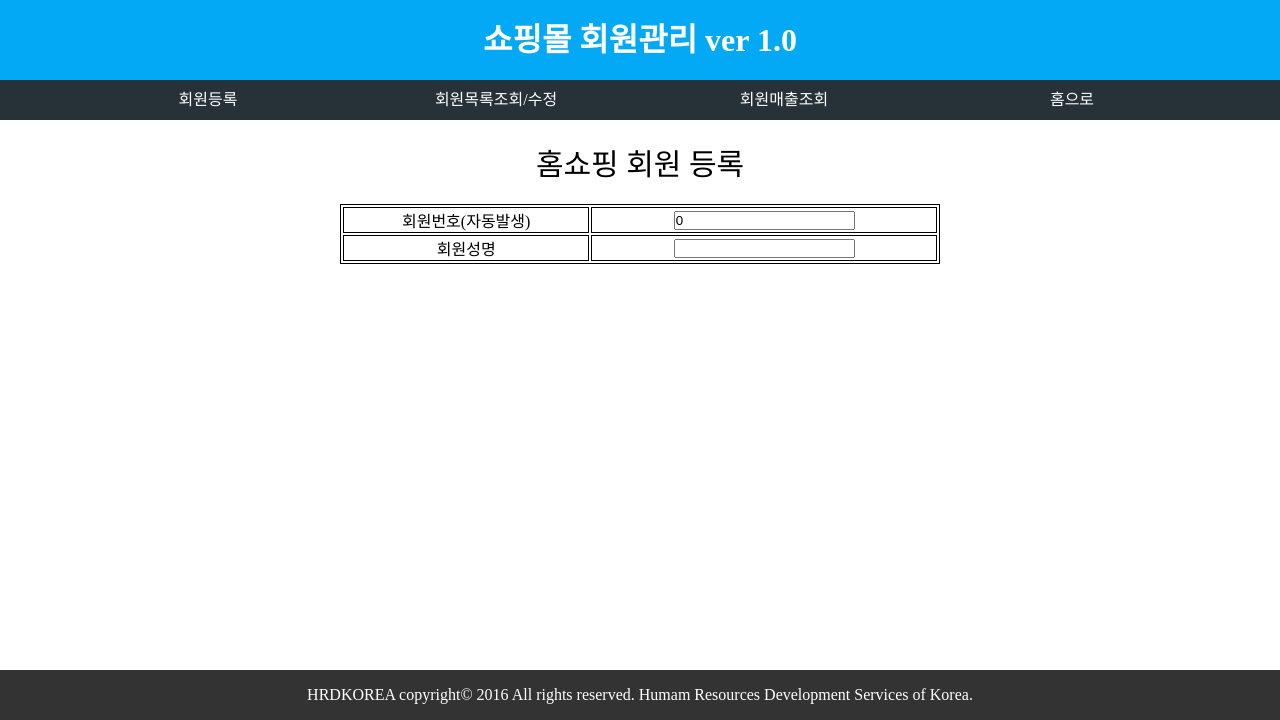
Repository: choiyuhee0722/two-crud
Page: http://localhost/HRD_000_1/view/memberInput.jsp
These files come from the project's save history. The page is drawn as it stood at one moment and after the next save; the edit follows.
The browser window is 1280 px wide. The pictures show the whole page.
The page is served by Tomcat 9. Other server files are loaded and not shown. Queries for data that is not in the repository find no rows.

Above is the page before, as saved 2024-03-28 10:38:55.

### HRD_000_1/src/main/webapp/view/memberInput.jsp
<%@ page language="java" contentType="text/html; charset=UTF-8"
    pageEncoding="UTF-8"%>
<%@ page import="dao.MemberDao"%>

<jsp:include page="../master/header.jsp"/>
<%
		MemberDao dao = new MemberDao();
	int custno = dao.getMaxCustNo();
%>
<section>
	<div class="container">
		<p class="title">홈쇼핑 회원 등록</p>
		<form action="memberInputProc.jsp" method="post" name="frm">
			<table width="600px">
			<tr>
					<td>회원번호(자동발생)</td>
					<td><input type="number" value="<%= custno %>" name="custno" id="custno" readonly="readonly"></td>
			</tr>
			<tr>
					<td>회원성명</td>
					<td><input type="text" id="custname" name="custname"></td>
			</tr>
			</table>
		</form>
	</div>
</section>

<jsp:include page="../master/footer.jsp"/>

### HRD_000_1/src/main/webapp/master/header.jsp
<%@ page language="java" contentType="text/html; charset=UTF-8"
    pageEncoding="UTF-8"%>
<!DOCTYPE html>
<html>
<head>
	<meta charset="UTF-8">
	<title>쇼핑몰 회원관리</title>
	<link rel="stylesheet" href="/css/style.css?after">
</head>
<body>
	<header>
		<h1>쇼핑몰 회원관리 ver 1.0</h1>
	</header>

	<nav>
		<ul>
			<li><a href="/view/memberInput.jsp">회원등록</a></li>
			<li><a href="/view/memberList.jsp">회원목록조회/수정</a></li>
			<li><a href="/view/memberMoneyList.jsp">회원매출조회</a></li>
			<li><a href="/index.jsp">홈으로</a></li>
		</ul>
	</nav>
</body>
</html>

### HRD_000_1/src/main/webapp/master/footer.jsp
<%@ page language="java" contentType="text/html; charset=UTF-8"
    pageEncoding="UTF-8"%>

<footer>
	HRDKOREA copyright&copy; 2016 All rights reserved. Humam
	Resources Development Services of Korea.
</footer>

</body>
</html>

### HRD_000_1/src/main/java/dao/MemberDao.java

package dao;

import java.sql.Connection;
import java.sql.PreparedStatement;
import java.sql.ResultSet;
import java.sql.SQLException;
import java.util.ArrayList;

import common.DBUtils;
import vo.MemberMoneyVO;
import vo.MemberVO;

public class MemberDao{
	public ArrayList<MemberVO> memberList(){

		ArrayList<MemberVO> list = new ArrayList<MemberVO>();

		Connection conn = null;
		PreparedStatement ps = null;
		ResultSet rs = null;

		try {
			conn = DBUtils.getConnection();
			ps = conn.prepareStatement("select custno, custname, phone, address, joindate, \r\n"
					+ "decode(grade,'A','VIP','B','일반','C','직원') grade,\r\n"
					+ "city \r\n"
					+ "from member_tbl_02 \r\n"
					+ "order by custno");
			rs = ps.executeQuery();

			while(rs.next()) {
					MemberVO vo = new MemberVO();
					vo.setCustno(rs.getInt("custno"));
					vo.setCustname(rs.getString("custname"));
					vo.setPhone(rs.getString("phone"));
					vo.setAddress(rs.getString("address"));
					vo.setJoindate(rs.getDate("joindate"));
					vo.setGrade(rs.getString("grade"));
					vo.setCity(rs.getString("city"));
					list.add(vo);
			}
		}catch(Exception e) {
			e.printStackTrace();
		}finally {
				DBUtils.close(conn, ps, rs);
		}

		return list;
	}

	public ArrayList<MemberMoneyVO> memberMoneyList(){
		ArrayList<MemberMoneyVO> list = new ArrayList<MemberMoneyVO>();

		Connection conn = null;
		PreparedStatement ps = null;
		ResultSet rs = null;

		try {
			conn = DBUtils.getConnection();
			ps = conn.prepareStatement("select A.custno, A.custname, decode(grade,'A','VIP','B','일반','C','직원') grade, sum(B.price) price\r\n"
					+ "from MEMBER_TBL_02 A, MONEY_TBL_02 B \r\n"
					+ "where A.custno = B.custno\r\n"
					+ "group by A.custno, A.custname, A.grade\r\n"
					+ "order by price desc");
			rs = ps.executeQuery();

			while(rs.next()) {
					MemberMoneyVO vo = new MemberMoneyVO();
					vo.setCustno(rs.getInt("custno"));
					vo.setCustname(rs.getString("custname"));
					vo.setGrade(rs.getString("grade"));
					vo.setPrice(rs.getInt("price"));
					list.add(vo);
			}
		}catch(Exception e) {
				e.printStackTrace();
		}finally {
			DBUtils.close(conn, ps, rs);

		}
		return list;
	}

	public int getMaxCustNo() {
		Connection conn = null;
		PreparedStatement ps = null;
		ResultSet rs = null;
		int custno = 0;

		try {
			 conn = DBUtils.getConnection();
			 ps = conn.prepareStatement("select max(custno)+1 custno\r\n"
			 		+ "from MEMBER_TBL_02");

			 rs = ps.executeQuery();
			 while(rs.next()) {
					custno = rs.getInt("custno");
			}
		}catch(Exception e) {
				e.printStackTrace();
		}finally {
			DBUtils.close(conn, ps, rs);
		}
		return custno;
	}
	public int memberInsert(MemberVO member) throws SQLException{
		Connection conn = null;
		PreparedStatement ps = null;
		int n = 0;
		try {
			conn = DBUtils.getConnection();
			ps = conn.prepareStatement("insert into member_tbl_02 values(?,?,?,?,?,?,?)");

			ps.setInt(1, member.getCustno());
			ps.setString(2, member.getCustname());
			ps.setString(3, member.getPhone());
			ps.setString(4, member.getAddress());
			ps.setDate(5, member.getJoindate());
			ps.setString(6, member.getGrade());
			ps.setString(7, member.getCity());
			n = ps.executeUpdate();
			if(n > 0) {
					conn.commit();
			}
		}catch(Exception e) {
			e.printStackTrace();
		}finally {
			DBUtils.close(conn, ps);
		}
		return n;


	}

}

### HRD_000_1/src/main/java/common/DBUtils.java
package common;

import java.sql.Connection;
import java.sql.DriverManager;
import java.sql.PreparedStatement;
import java.sql.ResultSet;

public class DBUtils {
	public static Connection getConnection() {
		Connection con = null;
		try {
			Class.forName("oracle.jdbc.driver.OracleDriver");
			con = DriverManager.getConnection("jdbc:oracle:thin:@localhost:1521:xe","system","1234");
		}catch(Exception e) {
			e.printStackTrace();
		}
		return con;
	}
	public static void close(Connection conn, PreparedStatement ps, ResultSet rs) {
	if(rs != null) {
		try {
				rs.close();
		}catch(Exception ex) {
			System.out.println("오류 발생 : "+ ex);
		}
	}
	close(conn, ps);
}

public static void close(Connection conn, PreparedStatement ps) {
	if(ps != null) {
		try {
				ps.close();
		}catch(Exception ex) {
			System.out.println("오류 발생 : "+ ex);
		}
	}
}

}

### HRD_000_1/src/main/webapp/css/style.css
/* init */
*{
		padding: 0;
		margin: 0 auto;
}
ul{
		list-style: none;
}
a{
		color: inherit;
		text-decoration: none;
}

/*header*/
header{
		width: 100%;
		height: 80px;
		background-color: #03A9F4;
		text-align: center;
		line-height: 80px;
		color: white;
}

/*nav*/
nav{
		width: 100%;
		height: 40px;
		background: #263238;
		text-align: center;
		line-height: 40px;
		color: white;
}
nav > ul{
		width: 90%;
}
nav > ul > li{
		width: 25%;
		float: left;
}

/*section*/
section{
		width: 100%;
}
section > .container{
		padding: 20px;
		margin: 0 auto;
}
section > .container .title{
		font-size: 30px;
		text-align: center;
		margin-bottom: 20px;
}
table,th,td{
		border: 1px solid black;
		text-align: center;
}
/*footer*/
footer{
		width: 100%;
		height: 50px;
		line-height: 50px;
		text-align: center;
		background: #333;
		color: white;
		position: absolute;
		bottom: 0;
}
/*footer*/

After the next save:
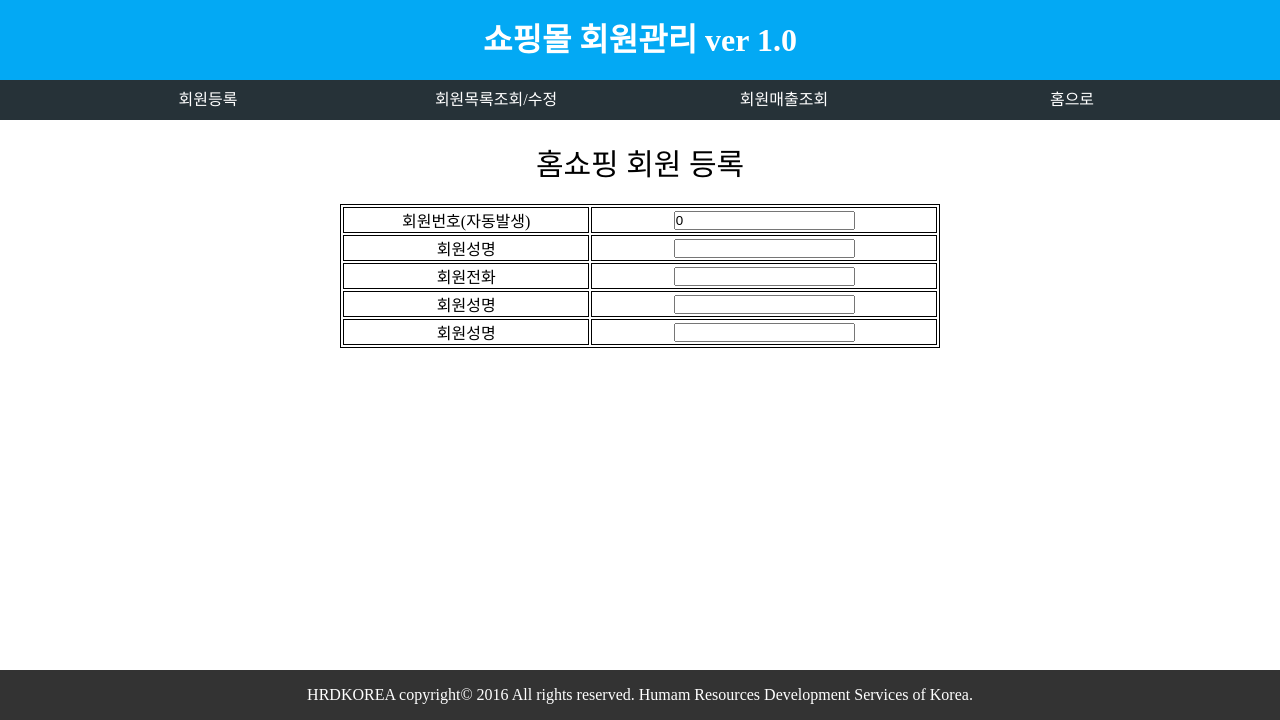
Saved 41 s later.
--- a/HRD_000_1/src/main/webapp/view/memberInput.jsp
+++ b/HRD_000_1/src/main/webapp/view/memberInput.jsp
@@ -20,6 +20,18 @@
 					<td>회원성명</td>
 					<td><input type="text" id="custname" name="custname"></td>
 			</tr>
+			<tr>
+					<td>회원전화</td>
+					<td><input type="text" id="phone" name="phone"></td>
+			</tr>
+			<tr>
+					<td>회원성명</td>
+					<td><input type="text" id="custname" name="custname"></td>
+			</tr>
+			<tr>
+					<td>회원성명</td>
+					<td><input type="text" id="custname" name="custname"></td>
+			</tr>
 			</table>
 		</form>
 	</div>
